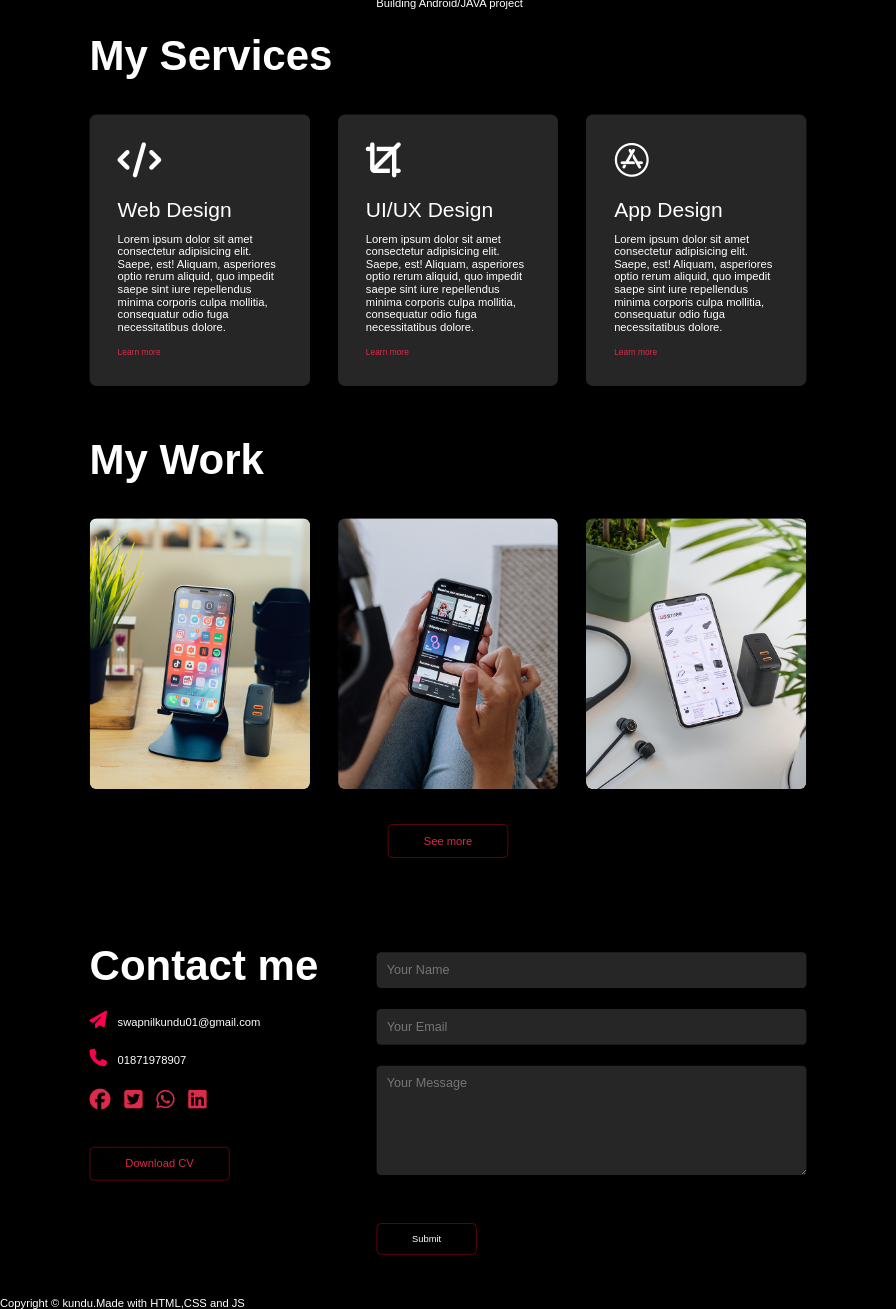
Repository: SwapnilKundu/portfolio
Page: index.html
These files come from the project's save history. The page is drawn as it stood at one moment and after the next save; the edit follows.
The browser window is 1280 px wide. The pictures show the part of the page from y = 1279 to 3199 px (the page is 3149 px tall before and 3199 px after), at 70% of full size.
Some web libraries are served in a nearby version.

Above is the page before, as saved 2024-01-20 17:19:45.

### index.html
<!DOCTYPE html>
<html lang="en">
<head>
    <meta charset="UTF-8">
    <meta name="viewport" content="width=device-width, initial-scale=1.0">
    <title>Personal Portfolio Website</title>
    <link rel="stylesheet" href="style.css">
    <script src="https://kit.fontawesome.com/74456a4746.js" crossorigin="anonymous"></script>
</head>
<body>
  <div id="header">
    <div class="container">
        <nav>
            <img src="images/logo1.png" class="logo" width="40" height="60">
            <ul>
                <li><a href ="#">Home</a></li>
                <li><a href ="#">About</a></li>
                <li><a href ="#">Services</a></li>
                <li><a href ="#">Portfolio</a></li>
                <li><a href ="#">Contact</a></li>
            </ul>
        </nav>
        <div class="header-text">
            <p>A CS undergrad </p>
            <h1>Hi, I'm <span>Swapnil Kundu</span> <br> from Bangladesh</h1>
        </div>
    </div>
  </div>





  <div id="about">
    <div class="container">
        <div class="row">
            <div class="about-col-1">
                <img src="images/Aboutme4.jpg" alt="Profile Image">
            </div>
            <div class="about-col-2">
                <h1 class="sub-title"><br>About Me</h1>
                <p>
                    <br><br><br><br>Hi, I'm Swapnil Kundu Argha, a Computer Science and Engineering student at <a href="http://www.kuet.ac.bd/" target="_blank">Khulna University of Engineering & Technology (KUET)</a>. Leaving Cox’s Bazar Medical College behind,I'm driven by a passion for technology.Currently a Senior Executive at <a href="https://www.facebook.com/KBEC.official">KUET Business and Entrepreneurship Club (KBEC)</a>, and Assistant Director of Content and Ideation at <a href="https://scontent.fjsr8-1.fna.fbcdn.net/v/t39.30808-6/414475463_878653704262850_605489790676270348_n.jpg?_nc_cat=106&ccb=1-7&_nc_sid=dd5e9f&_nc_eui2=AeG7qaCzWQGluZMTMKWtrD6ipcnI0dawWuilycjR1rBa6PLkHzdtJERiOyrmRQaxy3TT_q5vz9qIQ5m4l8xfiGP6&_nc_ohc=qg8Pu4EAUVYAX9avaA_&_nc_ht=scontent.fjsr8-1.fna&oh=00_AfBZ6Lqa5248mqS64WxhR3KxGRhN1UCrqkgUgA0V5dsZlw&oe=65AF45DF">HULT PRIZE, KUET</a>.I also serve as Finance Secretary at <a href="#link-to-GMA">Greater Mymensingh Association,KUET</a>, and hold the position of দপ্তর সম্পাদক at <a href="#link-to-theater">কুয়েট থিয়েটার</a>.Balancing technology and leadership,I aim to make a positive impact in both academic and extracurricular pursuits.Let's connect and explore the possibilities!
                </p>

                <div class="tab-titles">
                    <p class="tab-links active" onclick="opentab('skills')">Skills</p>
                    <p class="tab-links" onclick="opentab('experience')">Experience</p>
                    <p class="tab-links"onclick="opentab('education')">Education</p>
            </div>
            <div class="tab-contents active-tab"id ="skills">
                <ul>
                    <li><span>Clubs</span><br>Assistant Director of Contents of KBEC</li>
                    <li><span>Webs Development</span><br>Web app Development</li>
                    <li><span>App development</span><br>Building Android/JAVA project</li>
                </ul>
            </div>
            <div class="tab-contents" id ="experience">
                <ul>
                    <li><span>2022-Current</span><br>An Active member of KBEC</li>
                    <li><span>2023-Semester 2.2</span><br>App Development by JAVA</li>
                    <li><span>2024-Semester 3.1</span><br>Web Development by HTML,CSS,JAVA</li>
                    <li><span>2022-Current</span><br>An Active member of KBEC</li>

                </ul>
            </div>

            <div class="tab-contents" id ="education">
                <ul>
                    <li><span>2018</span><br>SSC from Mymensingh Zilla School,Mymensingh</li>
                        <li><span>2020</span><br>HSC from Ananda Mohan College,Mymensingh</li>
                        <li><span>From March,2022</span><br>Currently studying BSc in CSE department</li>
                </ul>
            </div>
        </div>
    </div>
  </div>




  <div id="Services">
    <div class ="container">
    <h1 class="sub-title">My Services</h1>
    <div class ="services-list">

        <div>
            <i class="fa-solid fa-code"></i>
            <h2>
                Web Design
            </h2>
            <p>Lorem ipsum dolor sit amet consectetur adipisicing elit. Saepe, est! Aliquam, asperiores optio rerum aliquid, quo impedit saepe sint iure repellendus minima corporis culpa mollitia, consequatur odio fuga necessitatibus dolore.

            </p>
            <a href="#">Learn more</a>
        </div>
        <div>
            <i class="fa-solid fa-crop"></i>
            <h2>
                UI/UX Design
            </h2>
            <p>Lorem ipsum dolor sit amet consectetur adipisicing elit. Saepe, est! Aliquam, asperiores optio rerum aliquid, quo impedit saepe sint iure repellendus minima corporis culpa mollitia, consequatur odio fuga necessitatibus dolore.

            </p>
            <a href="#">Learn more</a>
        </div>
        <div>
            <i class="fa-brands fa-app-store"></i>
            <h2>

                App Design
            </h2>
            <p>Lorem ipsum dolor sit amet consectetur adipisicing elit. Saepe, est! Aliquam, asperiores optio rerum aliquid, quo impedit saepe sint iure repellendus minima corporis culpa mollitia, consequatur odio fuga necessitatibus dolore.

            </p>
            <a href="#">Learn more</a>
        </div>
        </div>
    </div>
  </div>




<div id="portfolio">
    <div class="container">
        <h1 class="sub-title">My Work</h1>

        <div class ="work-list">
            <div class="work">
                <img src="images/work-1.png">
                <div class="layer">
                    <h3><b>Scoial Media App</b></h3>
                    <p> The app connects you to the talented people around the world. Download it from play store</p>
                    <a href ="#"><i class="fa-solid fa-arrow-up-right-from-square"></i></a>
                </div>
            </div>
            <div class="work">
                <img src="images/work-2.png">
                <div class="layer">
                    <h3><b>Music App</b></h3>
                    <p> The app connects you to the talented people around the world. Download it from play store</p>
                    <a href ="#"><i class="fa-solid fa-arrow-up-right-from-square"></i></a>
                </div>
            </div>
            <div class="work">
                <img src="images/work-3.png">
                <div class="layer">
                    <h3><b>Online Shop App</b></h3>
                    <p> The app connects you to the talented people around the world. Download it from play store</p>
                    <a href ="#"><i class="fa-solid fa-arrow-up-right-from-square"></i></a>
                </div>
            </div>

        </div>
        <a href="#" class ="btn">See more</a>
    </div>
</div>




<div id="contact">
    <div class="container">
        <div class="row">
            <div class="contact-left">
                <h1 class="sub-title">Contact me</h1>
                <p><i class="fa-solid fa-paper-plane"></i>swapnilkundu01@gmail.com</p>
                <p><i class="fa-solid fa-phone"></i>01871978907</p>
                <div class="socal-icons">
                    <a href="https://www.facebook.com/swapnil.kundu.90/"><i class="fa-brands fa-facebook"></i></a>
                    <a href="https://www.instagram.com/swapnil2441139/"><i class="fa-brands fa-twitter-square"></i></a>
                    <a href="https://call.whatsapp.com/voice/oAxOkq7IUG3ndQV7ZXiJVs"><i class="fa-brands fa-whatsapp"></i></a>
                    <a href=""><i class="fa-brands fa-linkedin"></i></a>

                </div>
                <a href="images/my-cv.pdf"class = "btn btn2" >Download CV</a>
            </div>
            <div class="contact-right">
                <form>
                    <input type="text" name="Name" placeholder="Your Name" required>
                    <input type ="email" name="email" placeholder="Your Email" required>
                    <textarea name ="Message" rows="6" placeholder ="Your Message"></textarea>
                    <button type="submit" class="btn btn2">Submit</button>
                </form>

            </div>
        </div>
    </div>
    <div class="copyright">
            <p>Copyright © kundu.Made with HTML,CSS and JS</p>
    </div>
</div>


  <script>
    var tablinks = document.querySelectorAll(".tab-links");
    var tabcontents = document.querySelectorAll(".tab-contents");

    function opentab(tabname) {
        for (tablink of tablinks) {
            tablink.classList.remove("active-link");
        }

        for (tabcontent of tabcontents) {
            tabcontent.classList.remove("active-tab");
        }

        var activeTab = document.getElementById(tabname);
        activeTab.classList.add("active-tab");

        var activeLink = document.querySelector(`.tab-links[data-tab="${tabname}"]`);
        activeLink.classList.add("active-link");
    }
</script>

</body>
</html>

### style.css
*
{
    margin: 0;
    padding: 0;
    font-family: 'Poppins',sans-serif;
    box-sizing: border-box;
}

body
{
    background: #000;
    color: #fff;
}
#header
{
    width: 100%;
    height: 100vh;
    background-image: url(images/ccc2.png);
    background-size: cover;
    background-position: left;
    background-repeat: no-repeat;
    overflow: hidden;
}
.container
{
padding: 10px 10%;
}
nav{
    display: flex;
    align-items: center;
    justify-content: space-between;
    flex-wrap: wrap;
}
.logo{
    width: 140px;
}

nav ul li{
    display:inline-block;
    list-style: none;
    margin: 10px 20px;

}
nav ul li a{
    color: #fff;
    text-decoration:none ;
    font-size: 18px;
    position: relative;
}

nav ul li a::after
{
    content: '';
    width:0;
    height:3px;
    background:#ff004f;
    position: absolute;
    left: 0;
    bottom: -6px;
    transition: 0.5s;

}
nav ul li a:hover::after
{
    width:100%;
}
.header-text{
    margin-top: 20%;
    font-size: 30px;
}
.header-text h1
{
    font-size:60px;
}
.header-text h1 span
{
    color:#ff004f;
}

#about a {
    color: #db2a4a;
    text-decoration: none;
}

#about a:hover {
    color: #ababab;
}
.row
{
    display: flex;
    justify-content: space-between;
    flex-wrap: wrap;
}

.about-col-1{
    flex-basis:35%;
}
.about-col-1 img
{
    width: 100%;
    border-radius: 15px;
}

.about-col-2
{
    flex-basis: 60%;
}

.sub-title
{
    font-size:60px;
    font-weight:600;
    color:#fff;
}

.tab-titles {
    display: flex;
    margin: 20px 0 40px;
}

.tab-links {
    margin-right: 50px;
    font-size: 18px;
    font-weight: 500;
    cursor: pointer;
    position: relative;
    color: #fff;
    text-decoration: none;
    transition: color 0.5s;
}

.tab-links::after {
    content: '';
    width: 0;
    height: 3px;
    background: #ff004f;
    position: absolute;
    left: 0;
    bottom: -8px;
    transition: 0.5s;
}

.tab-links:hover {
    color: #ff004f; /* Change the color on hover */
}

.tab-links.active::after {
    width: 50%;
}
.tab-contents ul li
{
    list-style:none;
    margin:10px 0;
}
.tab-contents ul li span
{
    color:#b54769;
    font-size: 14px;
}
.tab-contents
{
    display: none;
}
.tab-contents.active-tab
{
    display: block;
}




#services-list
{

    padding :30px 0;
}
.services-list
{
    display:grid;
    grid-template-columns: repeat(auto-fit,minmax(250px, 1fr));
    grid-gap:40px;
    margin-top: 50px;
}
.services-list div{
    background:#262626;
    padding: 40px;
    font: size 13px;
    font-weight: 300;
    border-radius:10px;
    transition: background 0.5s,transform 0.5s;
}
.services-list div i
{
    font-size: 50px;
    margin-bottom: 30px;
}
.services-list div h2
{
    font-size:  30px;
    font-weight: 500;
    margin-bottom:15px;

}
.services-list div a{
    text-decoration: none;
    color:#fff;
    font-size: 12px;
    margin-top: 20px;
    display: inline-block;
}
.services-list div:hover
{
    background:#ff004f;
    transform: translateY(-10px);
}



#portfolio
{
    padding: 50px 0;
}

.work-list
{
    display:grid;
    grid-template-columns: repeat(auto-fit,minmax(250px, 1fr));
    grid-gap:40px;
    margin-top: 50px;
}
.work
{
    border-radius:10px;
    position: relative;
    overflow: hidden;
}
.work img
{
    width: 100%;
    border-radius:10px;
    display: block;
    transition: transform 0.5s;
}
.layer{
    width: 100%;
    height: 0;
    background:linear-gradient(rgba(0,0,0,0.6),#ff004f);
    border-radius:10px;
    position: absolute;
    left:0;
    bottom:0;
    overflow:hidden;
    display:flex;
    align-items:center;
    justify-content: center;
    flex-direction: column;
    padding: 0 40px;
    text-align:center;
    font-size: 14px;
    transition: height 0.5s;
}
.layer h3
{
    font-weight: 500;
    margin-bottom: 20px;
}
.layer a
{
    margin-top: 20px;
    color:#ff004f;
    text-decoration: none;
    font-size:18px;
    line-height: 60px;
    background:#fff;
    width: 60px;
    height: 60px;
    border-radius:50%;
    text-align: center;

}
.work:hover img
{
    transform: scale(1.1);
}

.work:hover .layer
{
    height:100%
}
.btn
{
    display:block;
    margin: 50px auto;
    width:fit-content;
    border: 1px solid #860808;
    padding: 14px 50px;
    text-decoration: none;
    border-radius: 6px;
    color:#fff;
    transition: background 0.5s;

}

.btn:hover
{
    background:#ffffff;
}





.contact-left
{
    flex-basis: 35%;
}
.contact-right
{
    flex-basis: 60%;
}

.contact-left p
{
    margin-top: 30px;
}
.contact-left p i
{
    color:#ff004f;
    margin-right: 15px;
    font-size: 25px;
}
.socal-icons {
    margin-top: 30px;
}

.socal-icons a{
    text-decoration: none;
    font-size: 30px;
    margin-right: 15px;
    color: #f80f0f;
    display: inline-block;
    transition: transform 0.5s;
}
.socal-icons a:hover
{
    color: #da1d1d;
    transform: translateY(-5px);
}
.btn.btn2
{
    display:inline-block;
    background : #000000;

}
.contact-right form
{
    width: 100%;
}
form input,form textarea
{
    width:100%;
    border:0;
    outline:none;
    background:#262626;
    padding: 15px;
    margin: 15px 0;
    color: #fff;
    font-size: 18px;
    border-radius: 6px;
}

form btn2
{
    padding:14px 60px;
    font-size: 18px;
    margin-top:20px;
    cursor:pointer;
}
.Copyright
{
    width:100%;
    text-align:center;
    padding:25px 0;
    background:#262626;
    font-weight: 300;
    margin: top 20%;
}

After the next save:
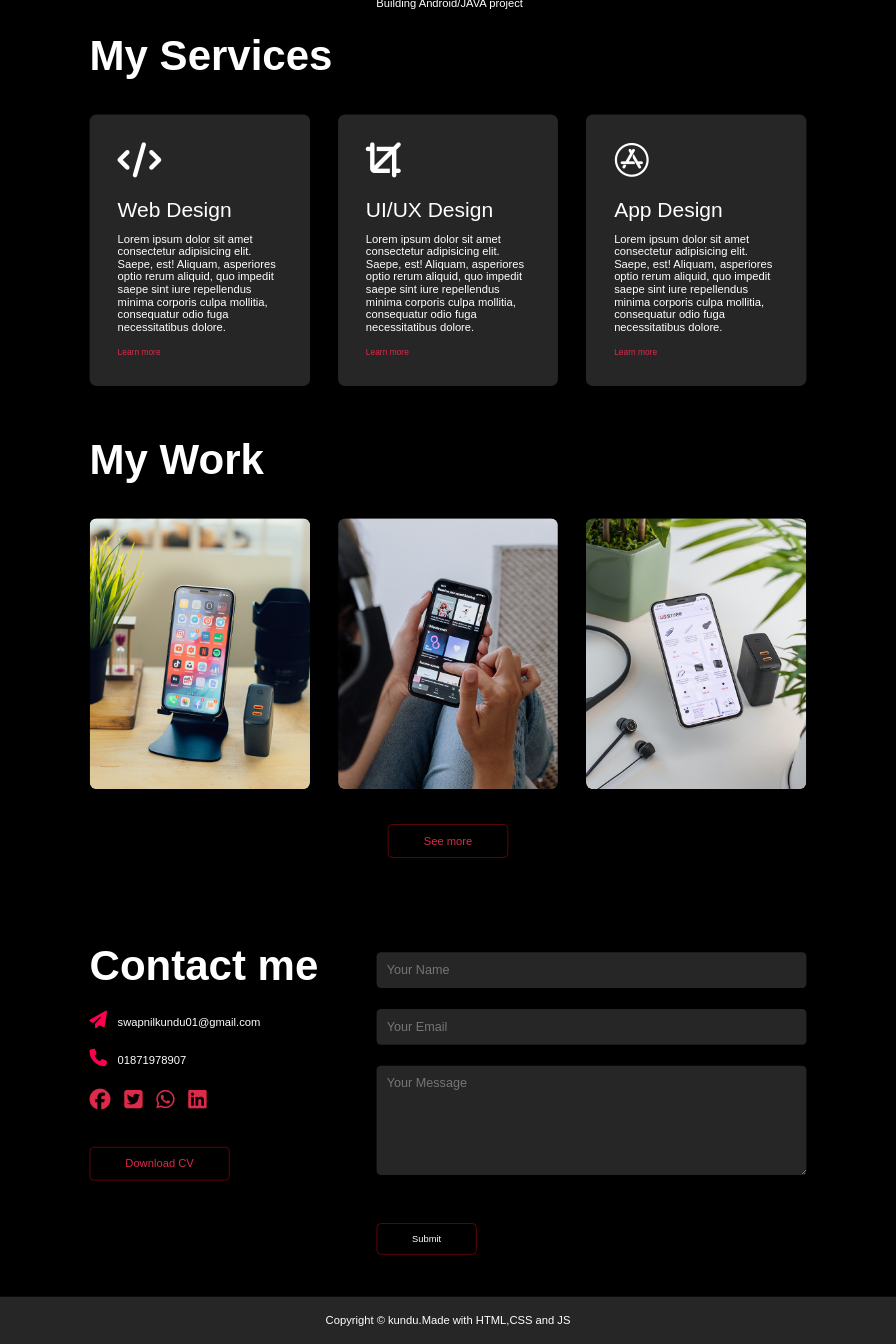
Saved 114 s later.
--- a/style.css
+++ b/style.css
@@ -376,7 +376,7 @@ form btn2
     margin-top:20px;
     cursor:pointer;
 }
-.Copyright
+.copyright
 {
     width:100%;
     text-align:center;
